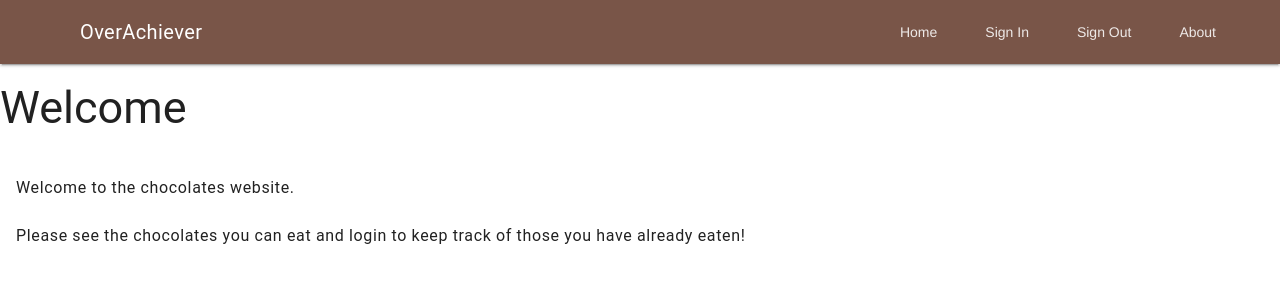
Repository: MotherTeresaHS/ICS3U-2019-Group16
Page: m_home.html
The author's editor kept a record of every edit. The page is drawn from the files as they stood at one moment, then again after the next edit.
The browser window is 1280 px wide. The pictures show the whole page.

Above is the page before.

After the next edit:
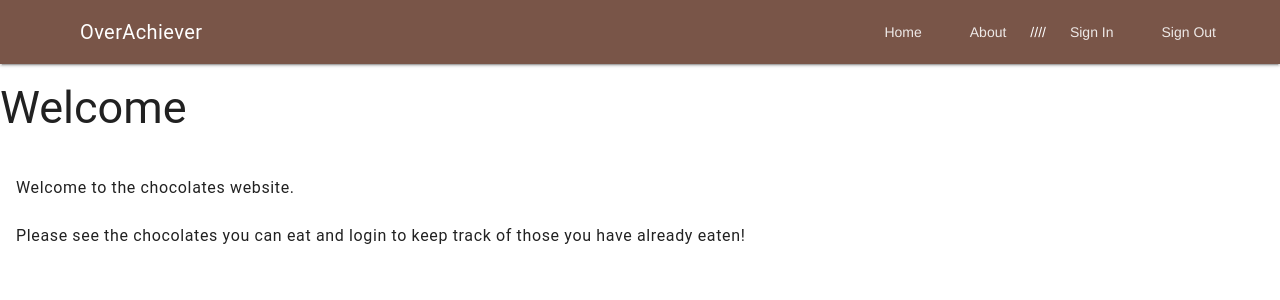
The edit:
--- a/m_home.html
+++ b/m_home.html
@@ -28,9 +28,9 @@
           <!-- Navigation. We hide it in small screens. -->
           <nav class="mdl-navigation mdl-layout--large-screen-only">
             <a class="mdl-navigation__link" href="./index.html">Home</a>
+            <a class="mdl-navigation__link" href="./about.html">About</a>                ////
             <a class="mdl-navigation__link" href="./sign-in.html">Sign In</a>
             <a class="mdl-navigation__link" href="./sign-out.html">Sign Out</a>
-            <a class="mdl-navigation__link" href="./about.html">About</a>
           </nav>
         </div>
       </header>
